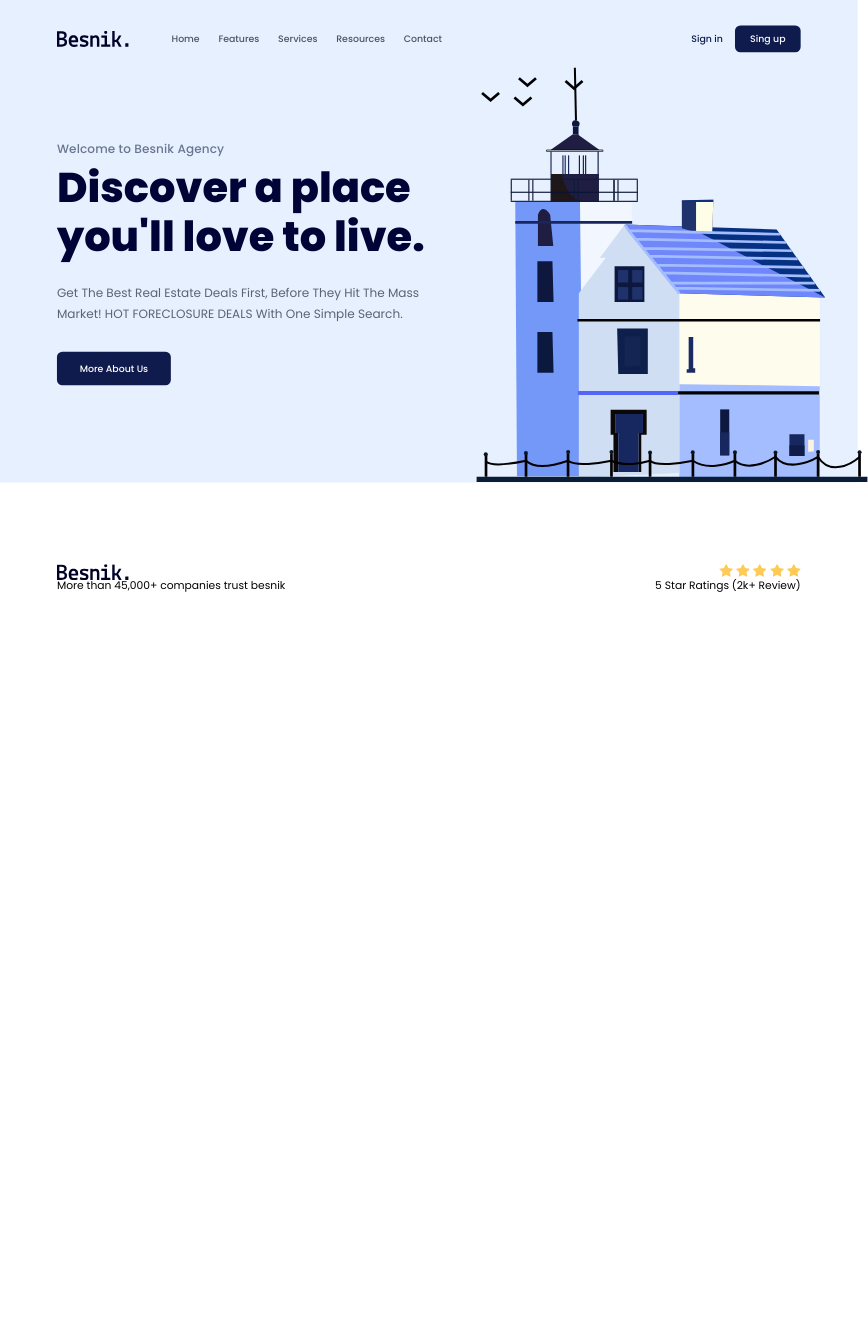
Repository: anhtien111198/f8-htmlcss-01
Page: index.html
These files come from the project's save history. The page is drawn as it stood at one moment and after the next save; the edit follows.
The browser window is 1280 px wide. The page is 1295 px wide, so the pictures cover 1295 px, including what lies to the right of the window. The pictures show the whole page, at 67% of full size.

Above is the page before, as saved 2023-04-29 16:29:47.

### index.html
<!DOCTYPE html>
<html lang="en">
    <head>
        <meta charset="UTF-8" />
        <meta http-equiv="X-UA-Compatible" content="IE=edge" />
        <meta name="viewport" content="width=device-width, initial-scale=1.0" />
        <title>F8 project 01</title>
        <link rel="stylesheet" href="./assets/css/reset.css" />
        <link rel="stylesheet" href="./assets/fonts/stylesheet.css" />
        <link rel="stylesheet" href="./assets/css/styles.css" />
    </head>
    <body>
        <main style="height: 2000px">
            <!-- Header -->
            <header class="header">
                <div class="content">
                    <nav class="navbar">
                        <!-- logo -->
                        <img src="./assets/img/logo.svg" alt="Besnik." />
                        <!-- Navigation -->
                        <ul>
                            <li>
                                <a href="#!">Home</a>
                            </li>
                            <li>
                                <a href="#!">Features</a>
                            </li>
                            <li>
                                <a href="#!">Services</a>
                            </li>
                            <li>
                                <a href="#!">Resources</a>
                            </li>
                            <li>
                                <a href="#!">Contact</a>
                            </li>
                        </ul>
                        <!-- Action -->
                        <div class="action">
                            <a href="#!" class="action-link">Sign in</a>
                            <a href="#!" class="btn action-btn">Sing up</a>
                        </div>
                    </nav>

                    <div class="hero">
                        <div class="info">
                            <p class="sub-title">Welcome to Besnik Agency</p>
                            <h1 class="title">
                                Discover a place you'll love to live.
                            </h1>
                            <p class="desc">
                                get the best real estate deals first, before
                                they hit the mass market! HOT FORECLOSURE DEALS
                                with one simple search.
                            </p>
                            <a href="#!" class="btn hero-cta">More About Us</a>
                        </div>

                        <img
                            src="./assets/img/house illustration.svg"
                            alt="Discover a place you'll love to live."
                            class="hero-img"
                        />
                    </div>
                </div>
            </header>

            <!-- clients -->
            <div class="clients">
                <div class="content">
                    <div class="row">
                        <img src="./assets/img/logo.svg" alt="Besnik." />
                        <!-- start -->
                        <div class="start">
                            <img src="./assets/img/start.svg" alt="start" />
                            <img src="./assets/img/start.svg" alt="start" />
                            <img src="./assets/img/start.svg" alt="start" />
                            <img src="./assets/img/start.svg" alt="start" />
                            <img src="./assets/img/start.svg" alt="start" />
                        </div>
                    </div>
                    <div class="row">
                        <p class="desc">
                            More than 45,000+ companies trust besnik
                        </p>
                        <p class="desc">5 Star Ratings (2k+ Review)</p>
                    </div>
                </div>
            </div>
        </main>
    </body>
</html>

### assets/fonts/stylesheet.css
@font-face {
    font-family: "Poppins";
    src: url("Poppins/Poppins-Black.woff2") format("woff2"),
        url("Poppins/Poppins-Black.woff") format("woff");
    font-weight: 900;
    font-style: normal;
    font-display: swap;
}

@font-face {
    font-family: "Poppins";
    src: url("Poppins/Poppins-Bold.woff2") format("woff2"),
        url("Poppins/Poppins-Bold.woff") format("woff");
    font-weight: bold;
    font-style: normal;
    font-display: swap;
}

@font-face {
    font-family: "Poppins";
    src: url("Poppins/Poppins-BlackItalic.woff2") format("woff2"),
        url("Poppins/Poppins-BlackItalic.woff") format("woff");
    font-weight: 900;
    font-style: italic;
    font-display: swap;
}

@font-face {
    font-family: "Poppins";
    src: url("Poppins/Poppins-BoldItalic.woff2") format("woff2"),
        url("Poppins/Poppins-BoldItalic.woff") format("woff");
    font-weight: bold;
    font-style: italic;
    font-display: swap;
}

@font-face {
    font-family: "Poppins";
    src: url("Poppins/Poppins-ExtraBoldItalic.woff2") format("woff2"),
        url("Poppins/Poppins-ExtraBoldItalic.woff") format("woff");
    font-weight: bold;
    font-style: italic;
    font-display: swap;
}

@font-face {
    font-family: "Poppins";
    src: url("Poppins/Poppins-ExtraBold.woff2") format("woff2"),
        url("Poppins/Poppins-ExtraBold.woff") format("woff");
    font-weight: bold;
    font-style: normal;
    font-display: swap;
}

@font-face {
    font-family: "Poppins";
    src: url("Poppins/Poppins-ExtraLight.woff2") format("woff2"),
        url("Poppins/Poppins-ExtraLight.woff") format("woff");
    font-weight: 200;
    font-style: normal;
    font-display: swap;
}

@font-face {
    font-family: "Poppins";
    src: url("Poppins/Poppins-ExtraLightItalic.woff2") format("woff2"),
        url("Poppins/Poppins-ExtraLightItalic.woff") format("woff");
    font-weight: 200;
    font-style: italic;
    font-display: swap;
}

@font-face {
    font-family: "Poppins";
    src: url("Poppins/Poppins-LightItalic.woff2") format("woff2"),
        url("Poppins/Poppins-LightItalic.woff") format("woff");
    font-weight: 300;
    font-style: italic;
    font-display: swap;
}

@font-face {
    font-family: "Poppins";
    src: url("Poppins/Poppins-Light.woff2") format("woff2"),
        url("Poppins/Poppins-Light.woff") format("woff");
    font-weight: 300;
    font-style: normal;
    font-display: swap;
}

@font-face {
    font-family: "Poppins";
    src: url("Poppins/Poppins-Italic.woff2") format("woff2"),
        url("Poppins/Poppins-Italic.woff") format("woff");
    font-weight: normal;
    font-style: italic;
    font-display: swap;
}

@font-face {
    font-family: "Poppins";
    src: url("Poppins/Poppins-Regular.woff2") format("woff2"),
        url("Poppins/Poppins-Regular.woff") format("woff");
    font-weight: normal;
    font-style: normal;
    font-display: swap;
}

@font-face {
    font-family: "Poppins";
    src: url("Poppins/Poppins-MediumItalic.woff2") format("woff2"),
        url("Poppins/Poppins-MediumItalic.woff") format("woff");
    font-weight: 500;
    font-style: italic;
    font-display: swap;
}

@font-face {
    font-family: "Poppins";
    src: url("Poppins/Poppins-SemiBoldItalic.woff2") format("woff2"),
        url("Poppins/Poppins-SemiBoldItalic.woff") format("woff");
    font-weight: 600;
    font-style: italic;
    font-display: swap;
}

@font-face {
    font-family: "Poppins";
    src: url("Poppins/Poppins-Thin.woff2") format("woff2"),
        url("Poppins/Poppins-Thin.woff") format("woff");
    font-weight: 100;
    font-style: normal;
    font-display: swap;
}

@font-face {
    font-family: "Poppins";
    src: url("Poppins/Poppins-Medium.woff2") format("woff2"),
        url("Poppins/Poppins-Medium.woff") format("woff");
    font-weight: 500;
    font-style: normal;
    font-display: swap;
}

@font-face {
    font-family: "Poppins";
    src: url("Poppins/Poppins-SemiBold.woff2") format("woff2"),
        url("Poppins/Poppins-SemiBold.woff") format("woff");
    font-weight: 600;
    font-style: normal;
    font-display: swap;
}

@font-face {
    font-family: "Poppins";
    src: url("Poppins/Poppins-ThinItalic.woff2") format("woff2"),
        url("Poppins/Poppins-ThinItalic.woff") format("woff");
    font-weight: 100;
    font-style: italic;
    font-display: swap;
}

### assets/css/styles.css
* {
    box-sizing: border-box;
}
:root {
    --primary-color: #0f1b4c;
}
html {
    font-size: 62.5%;
}
body {
    font-size: 1.6rem;
    font-family: "Poppins", sans-serif;
}
/* common */
a {
    text-decoration: none;
}
.content {
    width: 1110px;
    max-width: calc(100% - 48px);
    margin-left: auto;
    margin-right: auto;
}
.btn {
    display: inline-block;
    min-width: 98px;
    padding: 18px 16px;
    background: var(--primary-color);
    border-radius: 8px;
    font-weight: 500;
    font-size: 1.4rem;
    text-align: center;
    color: #ffffff;
}
.btn:hover {
    opacity: 0.9;
}
/* =============heder============== */
.header {
    position: relative;
    background: #e6f0ff;
    height: 100vh;
}
.navbar {
    display: flex;
    align-items: center;
    padding-top: 38px;
}
.navbar ul {
    display: flex;
    margin-left: 50px;
    /* justify-content: center; */
}
.navbar .action {
    display: flex;
    align-items: center;
    margin-left: auto;
}
.navbar ul a {
    font-weight: 500;
    font-size: 1.4rem;
    color: #4f5361;
    padding: 8px 14px;
}
.navbar ul a:hover {
    text-decoration: underline;
}
.navbar .action-link {
    font-weight: 500;
    font-size: 1.4rem;
    color: var(--primary-color);
}
.navbar .action-btn {
    padding: 13px 16px;
    margin-left: 18px;
}
.hero {
    margin-top: 130px;
}
.hero .info {
    width: 51%;
}
.hero .sub-title {
    font-weight: 500;
    font-size: 1.8rem;
    line-height: 1.5;
    letter-spacing: 0.01em;
    color: #687690;
}
.hero .title {
    margin-top: 8px;
    font-weight: 700;
    font-size: 6.2rem;
    line-height: 1.19;
    color: #000336;
}
.hero .desc {
    margin-top: 30px;
    font-weight: 400;
    font-size: 1.8rem;
    line-height: 1.78;
    text-transform: capitalize;
    color: #5a6473;
}
.hero-cta {
    min-width: 170px;
    margin-top: 40px;
}
.hero-img {
    position: absolute;
    right: calc((100vw - 1110px) / 2 - 100px);
    bottom: 0;
}
/* =========Client============ */
.clients {
    margin-top: 122px;
}
.clients .row {
    display: flex;
    justify-content: space-between;
}

Loaded but not shown: assets/css/reset.css (common file)

After the next save:
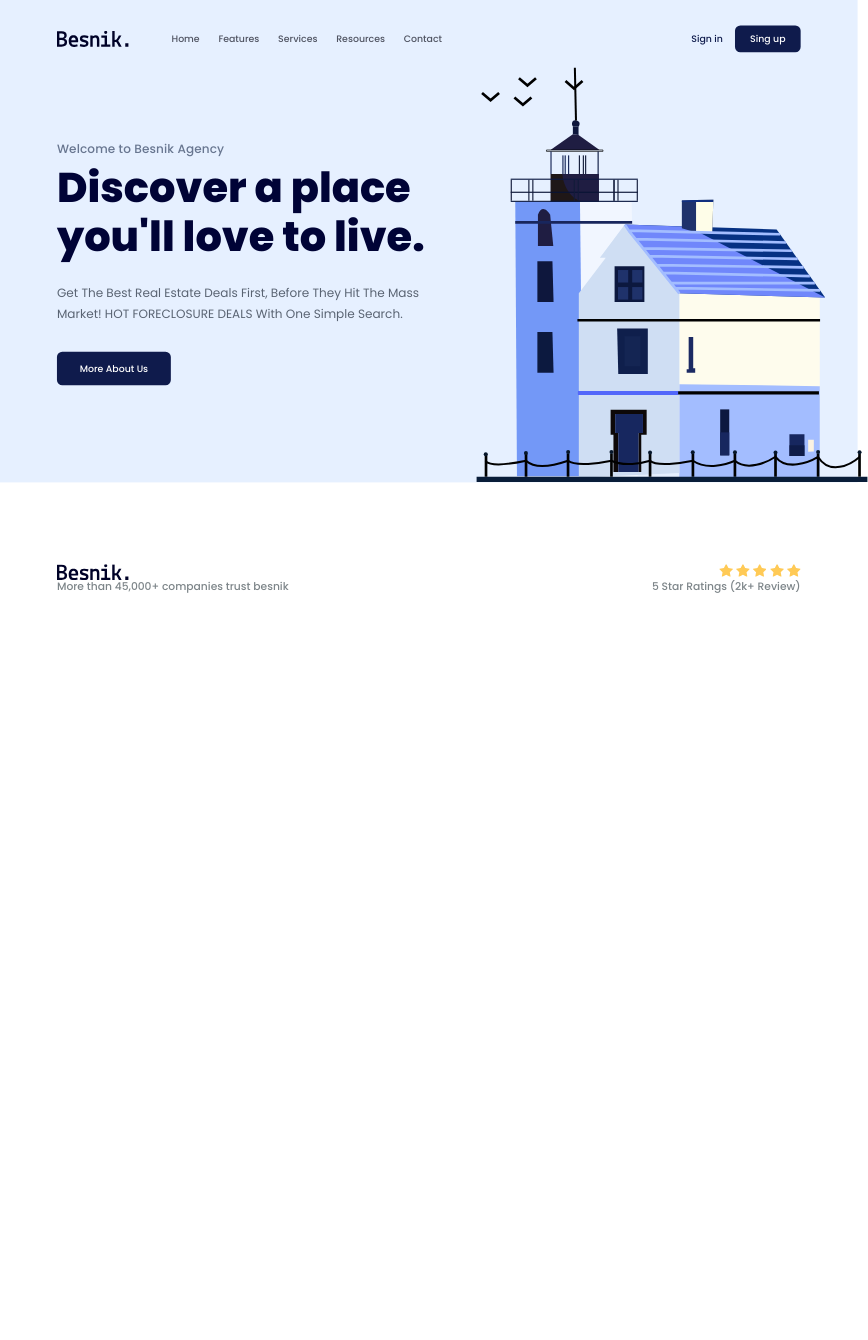
Saved 65 s later.
--- a/assets/css/styles.css
+++ b/assets/css/styles.css
@@ -119,3 +119,9 @@
     display: flex;
     justify-content: space-between;
 }
+.clients .desc {
+    font-weight: 500;
+    font-size: 1.6rem;
+    line-height: 1.25;
+    color: #7d8589;
+}
